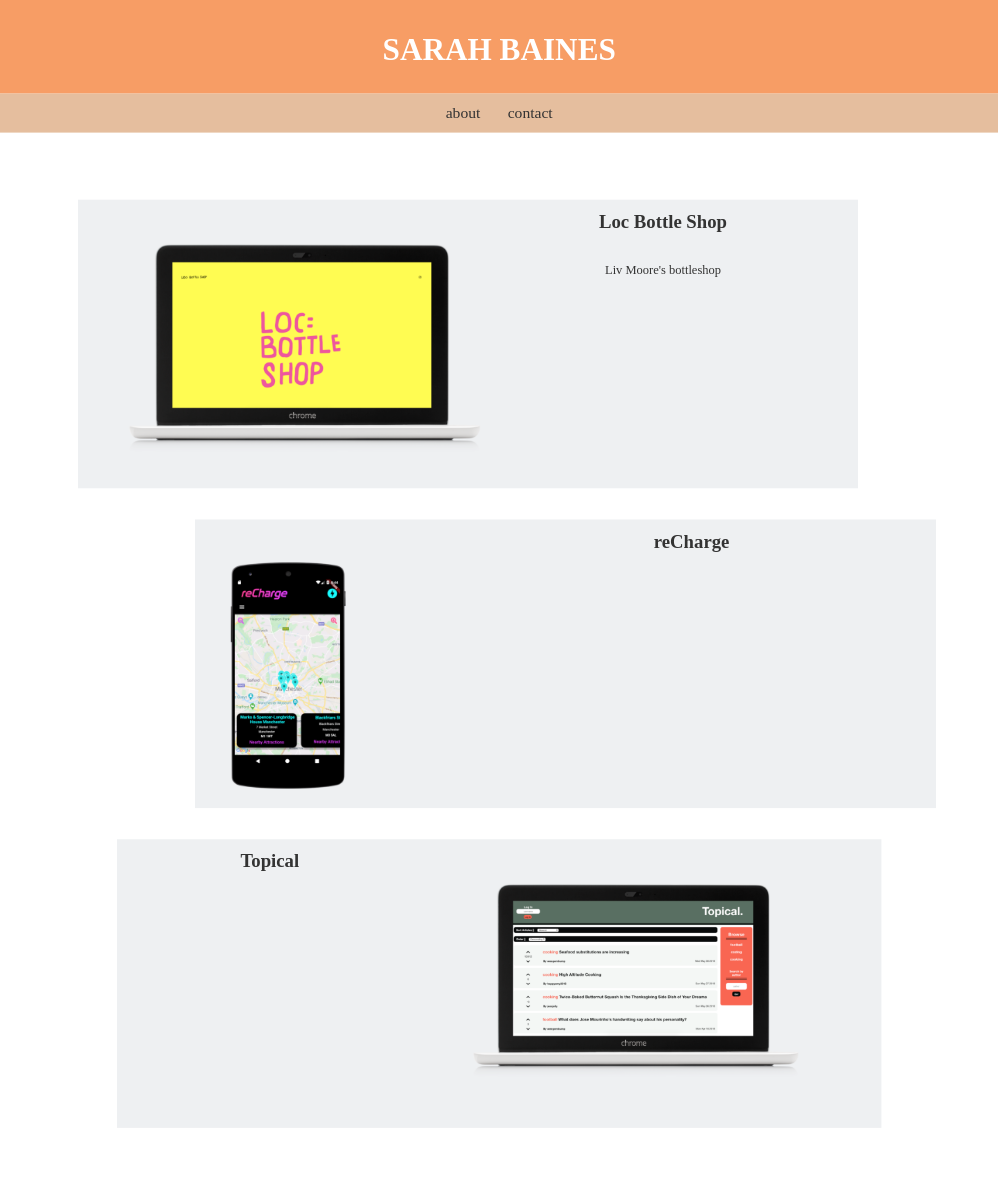
Repository: bainesface/bainesface.github.io
Page: index.html
The author's editor kept a copy of each file at every save. The page is drawn from the files as they stood at one save, then again after the next save.
The browser window is 1280 px wide. The pictures show the whole page, at 78% of full size.

Above is the page before, as saved 2020-04-27 16:50:11.

After the next save:
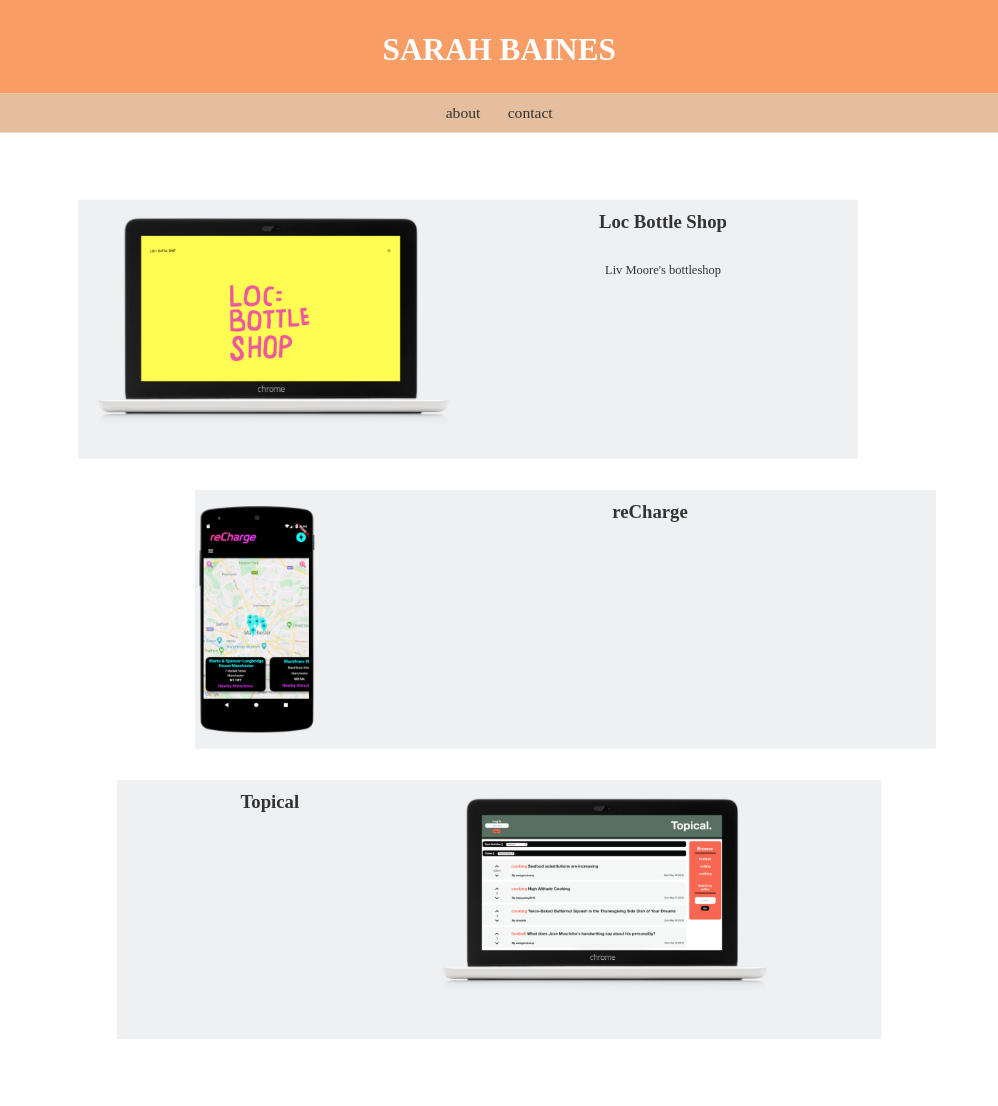
Saved 26 s later.
--- a/index.css
+++ b/index.css
@@ -106,10 +106,10 @@
   height: 300px;
   width: 400px;
   grid-area: image;
-  margin-left: 40px;
+  /* margin-left: 40px;
   margin-top: 50px;
   margin-bottom: 20px;
-  margin-right: 40px;
+  margin-right: 40px; */
 }
 
 .project-title {

After the save that followed:
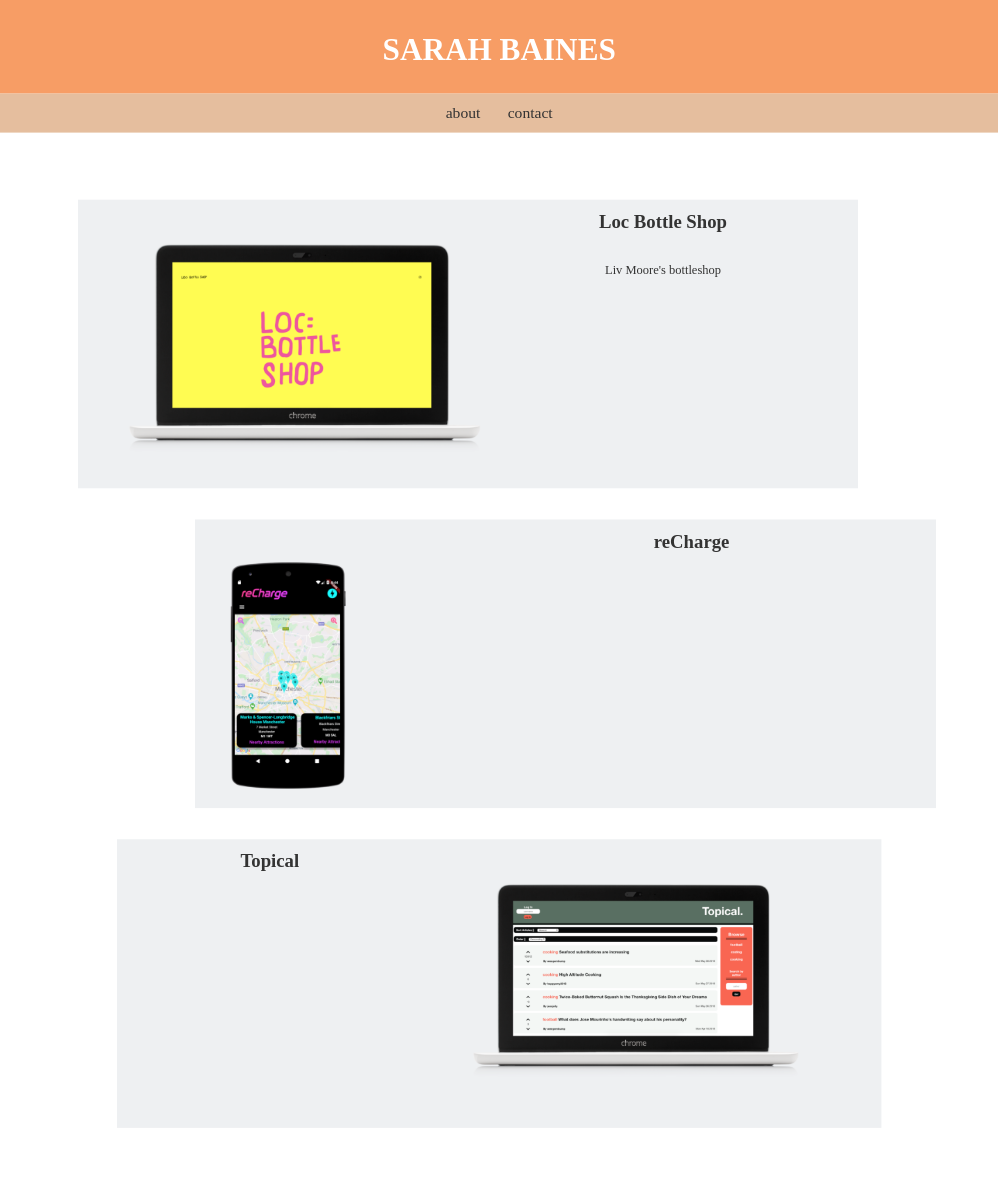
Saved 9 s later.
--- a/index.css
+++ b/index.css
@@ -106,10 +106,10 @@
   height: 300px;
   width: 400px;
   grid-area: image;
-  /* margin-left: 40px;
+  margin-left: 40px;
   margin-top: 50px;
   margin-bottom: 20px;
-  margin-right: 40px; */
+  margin-right: 40px;
 }
 
 .project-title {
